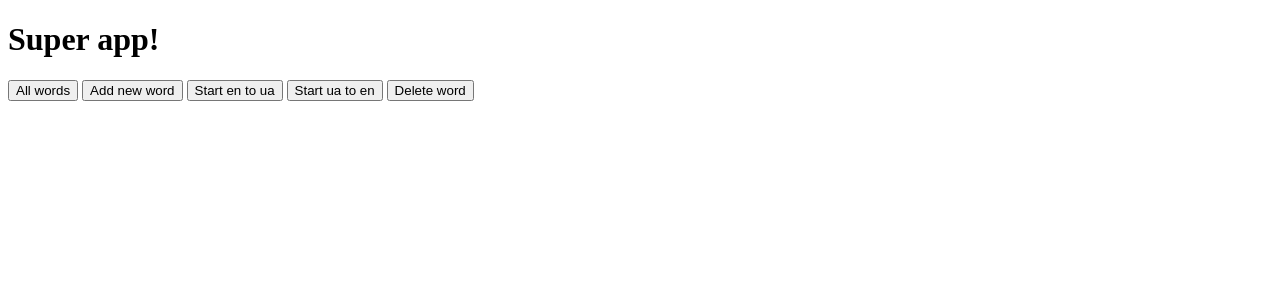
Repository: OleksandrDoskaliukKN313/IIC
Page: WebDictionary/WebContent/index.html
An editor plug-in stored every save of this project. The page is shown before and after the next save, followed by the edit.
The browser window is 1280 px wide. The pictures show the whole page.

Above is the page before, as saved 2020-10-11 10:06:32.

After the next save:
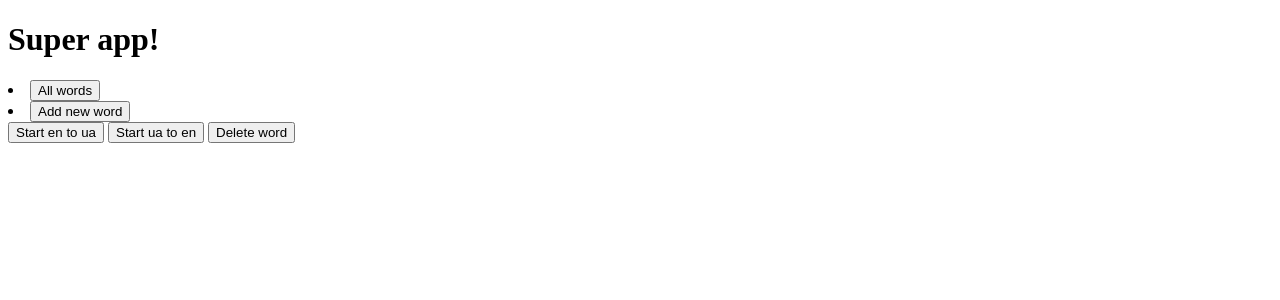
Saved 107 s later.
--- a/WebDictionary/WebContent/index.html
+++ b/WebDictionary/WebContent/index.html
@@ -10,8 +10,8 @@
     </div>
     <div>       <!-- content -->
         <div>    <!-- buttons holder -->
-            <button onclick="location.href='allWords'">All words</button>
-            <button onclick="location.href='addWord'">Add new word</button>
+            <li><button onclick="location.href='allWords'">All words</button></li>
+            <li><button onclick="location.href='addWord'">Add new word</button></li>
             <button onclick="location.href='en_ua'">Start en to ua</button>
             <button onclick="location.href='ua_en'">Start ua to en</button>
             <button onclick="location.href='deleteWord'">Delete word</button>
